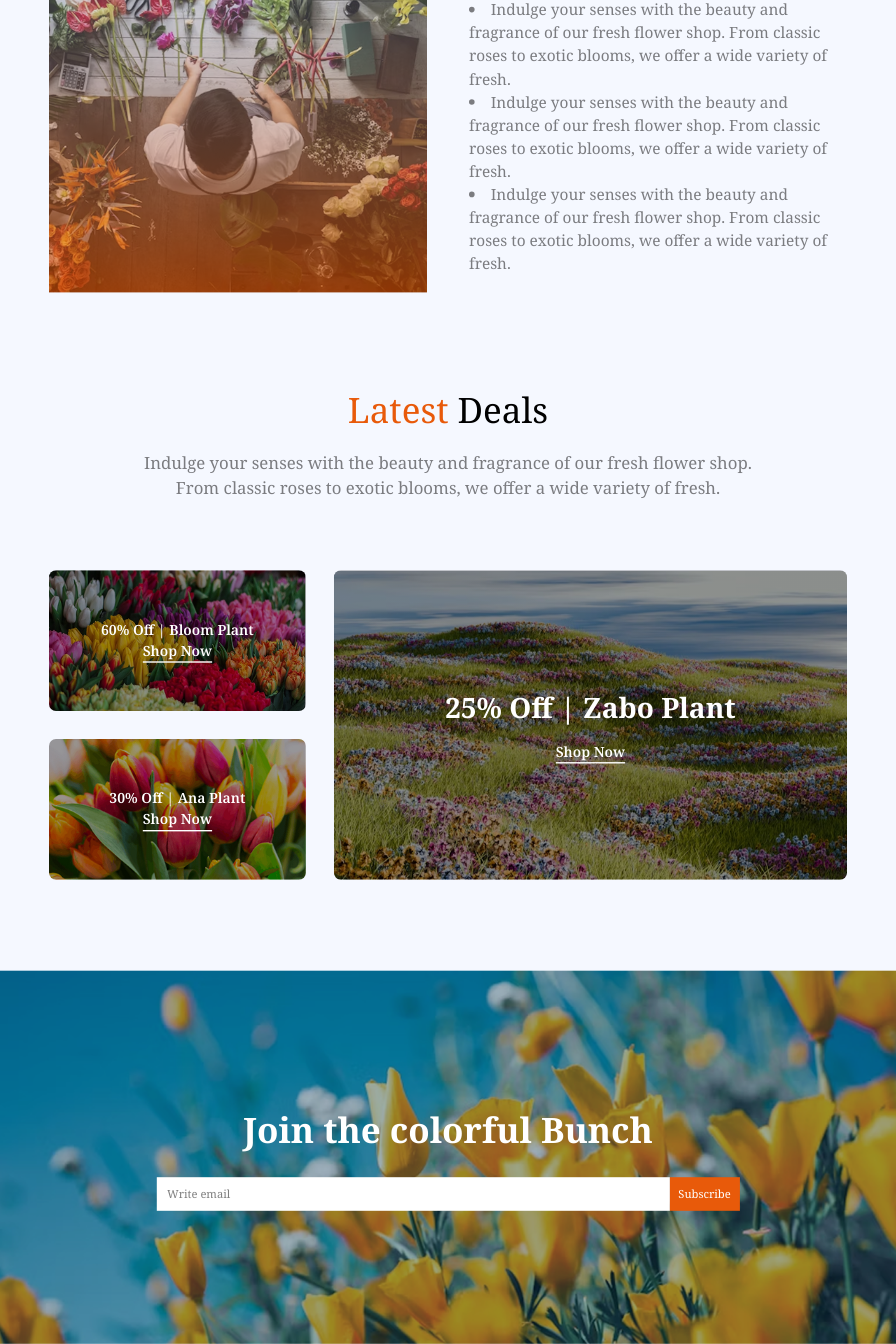
Repository: nahid-hasann/website-7
Page: index.html
An editor plug-in stored every save of this project. The page is shown before and after the next save, followed by the edit.
The browser window is 1280 px wide. The pictures show the part of the page from y = 2384 to 4304 px (the page is 4304 px tall), at 70% of full size.
Some web libraries are served in a nearby version.

Above is the page before, as saved 2025-07-24 21:31:58.

After the next save:
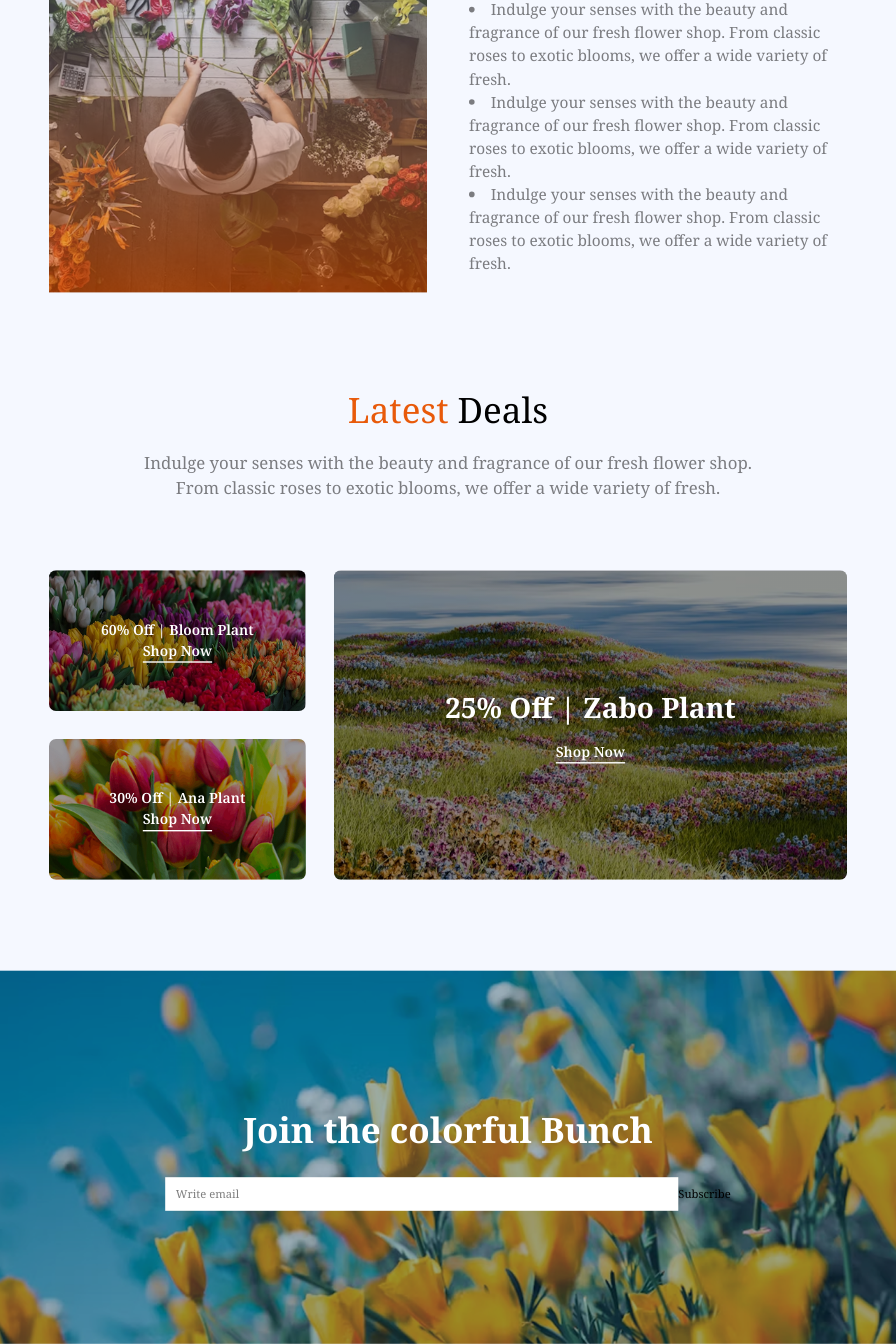
Saved 59 s later.
--- a/index.html
+++ b/index.html
@@ -147,7 +147,7 @@
 
     <div class="subscibe">
         <input type="text" name="" placeholder="Write email" id="">
-        <button class="btn-2">Subscribe</button>
+        <button class="`">Subscribe</button>
     </div>
   </section>
 

After the save that followed:
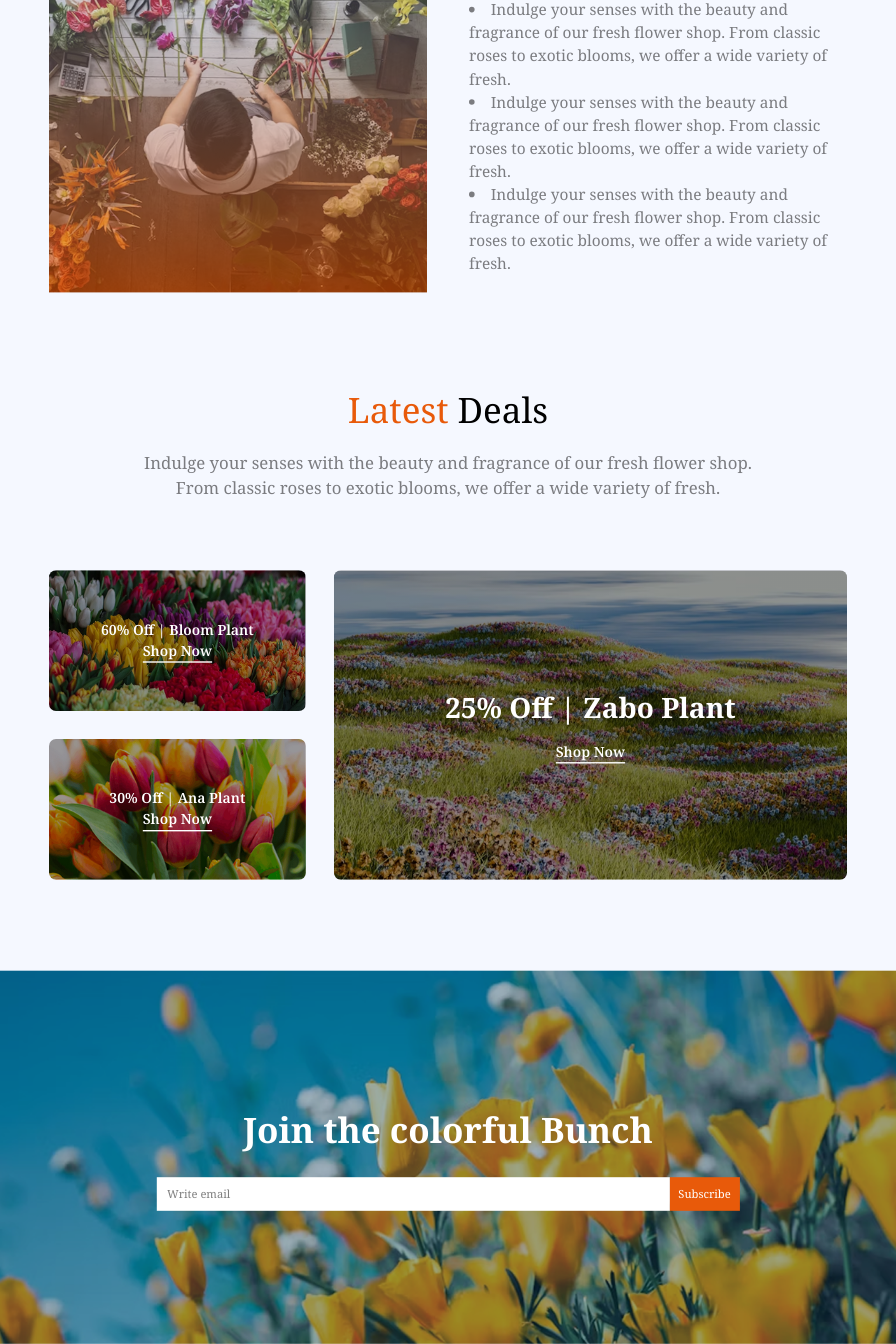
Saved 5 s later.
--- a/index.html
+++ b/index.html
@@ -147,7 +147,7 @@
 
     <div class="subscibe">
         <input type="text" name="" placeholder="Write email" id="">
-        <button class="`">Subscribe</button>
+        <button class="btn-2">Subscribe</button>
     </div>
   </section>
 
